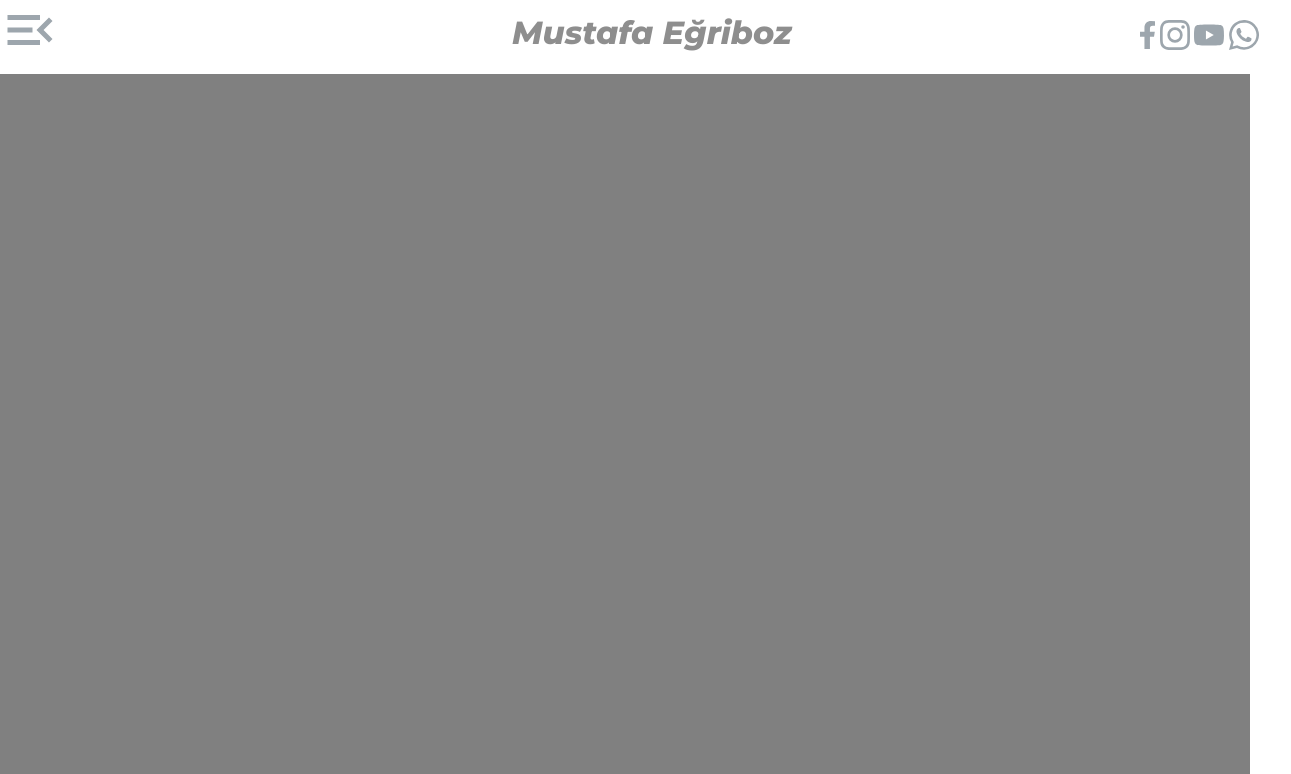
Repository: CengoCengo/m.e-gallery-web-site
Page: index.html
These files come from the project's save history. The page is drawn as it stood at one moment and after the next save; the edit follows.
The browser window is 1280 px wide. The page is 1280 px wide, then 1291 px, so the pictures cover 1291 px, including what lies to the right of the window. The pictures show the whole page.

Above is the page before, as saved 2021-02-06 15:20:54.
Console error: TypeError: Cannot read properties of null (reading 'style')

After the next save:
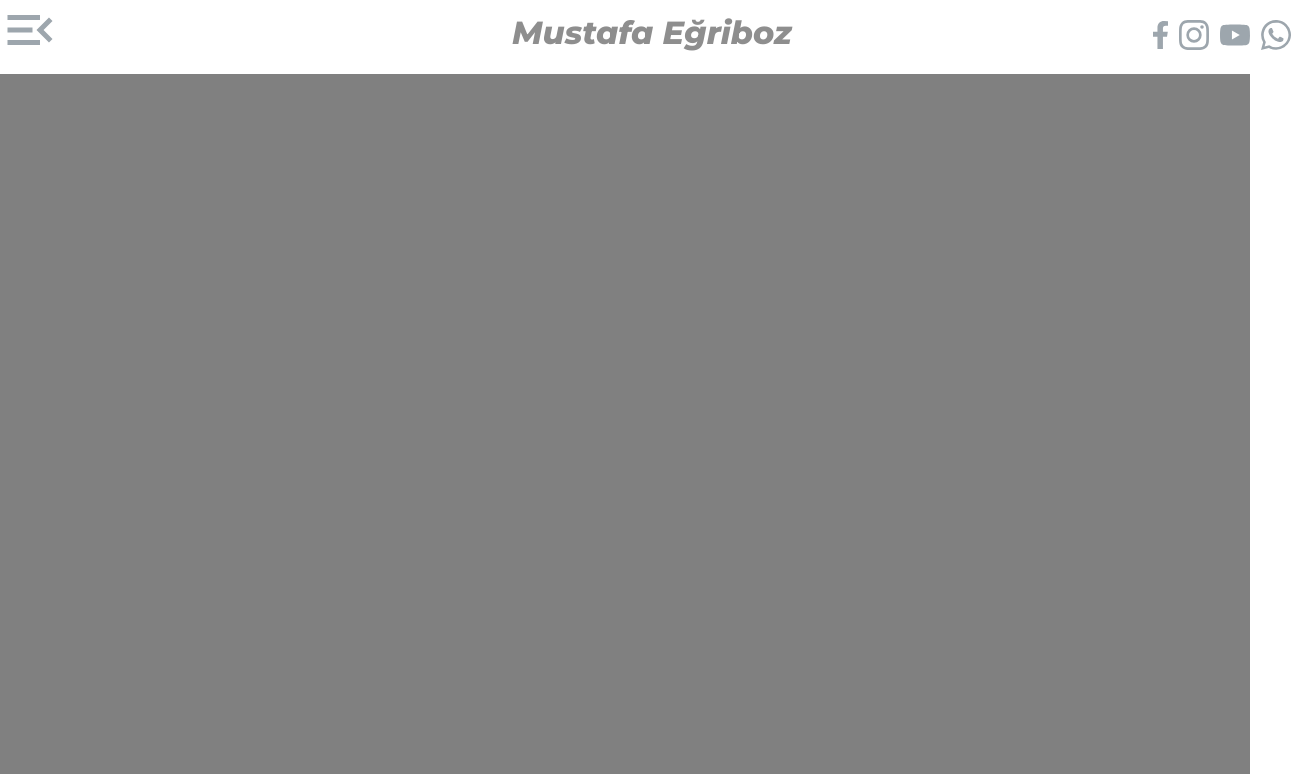
Saved 5 s later.
--- a/styles/style.css
+++ b/styles/style.css
@@ -52,7 +52,7 @@
 }
 
 .icon-social{
-    margin-left: 0,5%;
+    margin-left: 0.5%;
 }
 
 
